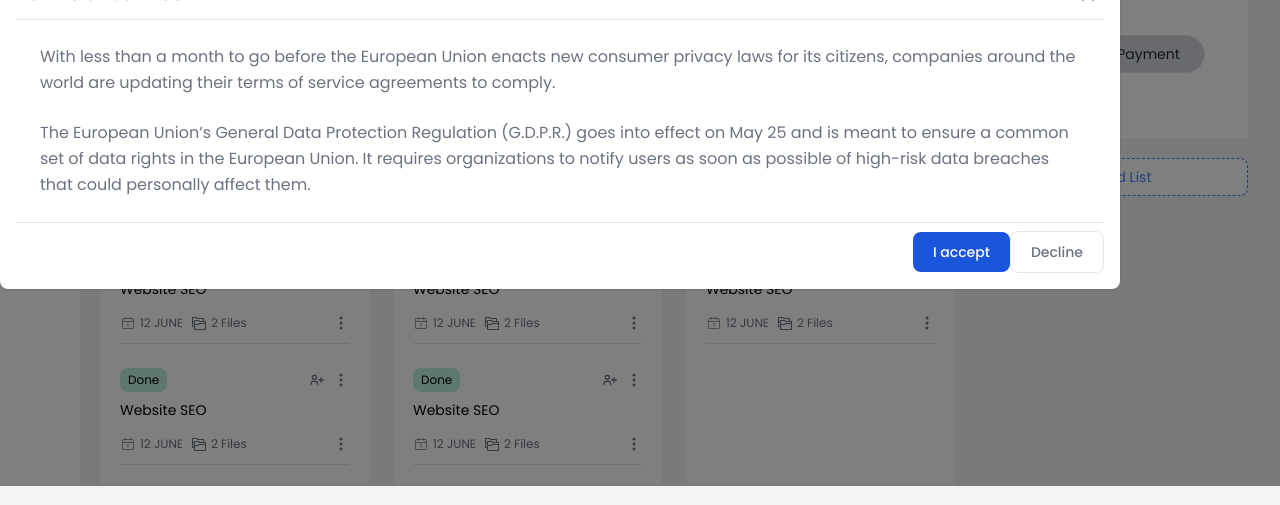
Repository: Shamraiz761/Frontend-Assessment
Page: /, after clicking the first element matching `button.bg-white`
These files come from the project's save history. The page is drawn as it stood at one moment and after the next save; the edit follows.
The browser window is 1280 px wide. The pictures show the part of the page from y = 234 to 739 px (the page is 739 px tall).
Pictures or frames that could not be fetched are drawn as grey boxes. The project was rebuilt for these pictures with package versions that can differ from the ones it lists, and the page was loaded fresh each time. Also part of the build but not shown: vite.config.js. Imported but missing from the stored project, and not drawn on this page: src/pages/auth/login.

Above is the page before, as saved 2023-06-09 12:56:06.

After the next save:
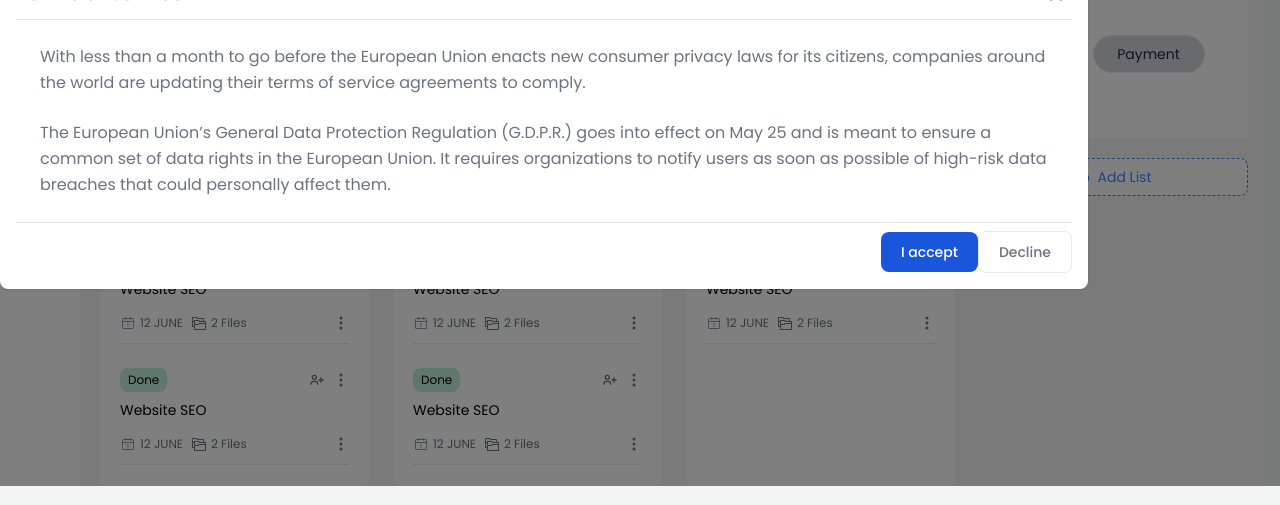
Saved 5 s later.
--- a/src/pages/Dashboard/index.jsx
+++ b/src/pages/Dashboard/index.jsx
@@ -62,7 +62,7 @@ function Home() {
           </button>
           {isModalOpen && (
             <div className="fixed  top-0 left-0 right-0 bottom-0 z-50   bg-opacity-50 bg-black">
-              <div className="w-9/12 ml-20 flex min-h-screen  items-center justify-center ">
+              <div className="w-9/12 ml-16 flex min-h-screen  items-center justify-center ">
                 <div className="absolute bg-white rounded-lg shadow p-4">
                   {/* Modal header */}
                   <div className="flex items-start justify-between border-b pb-2">
